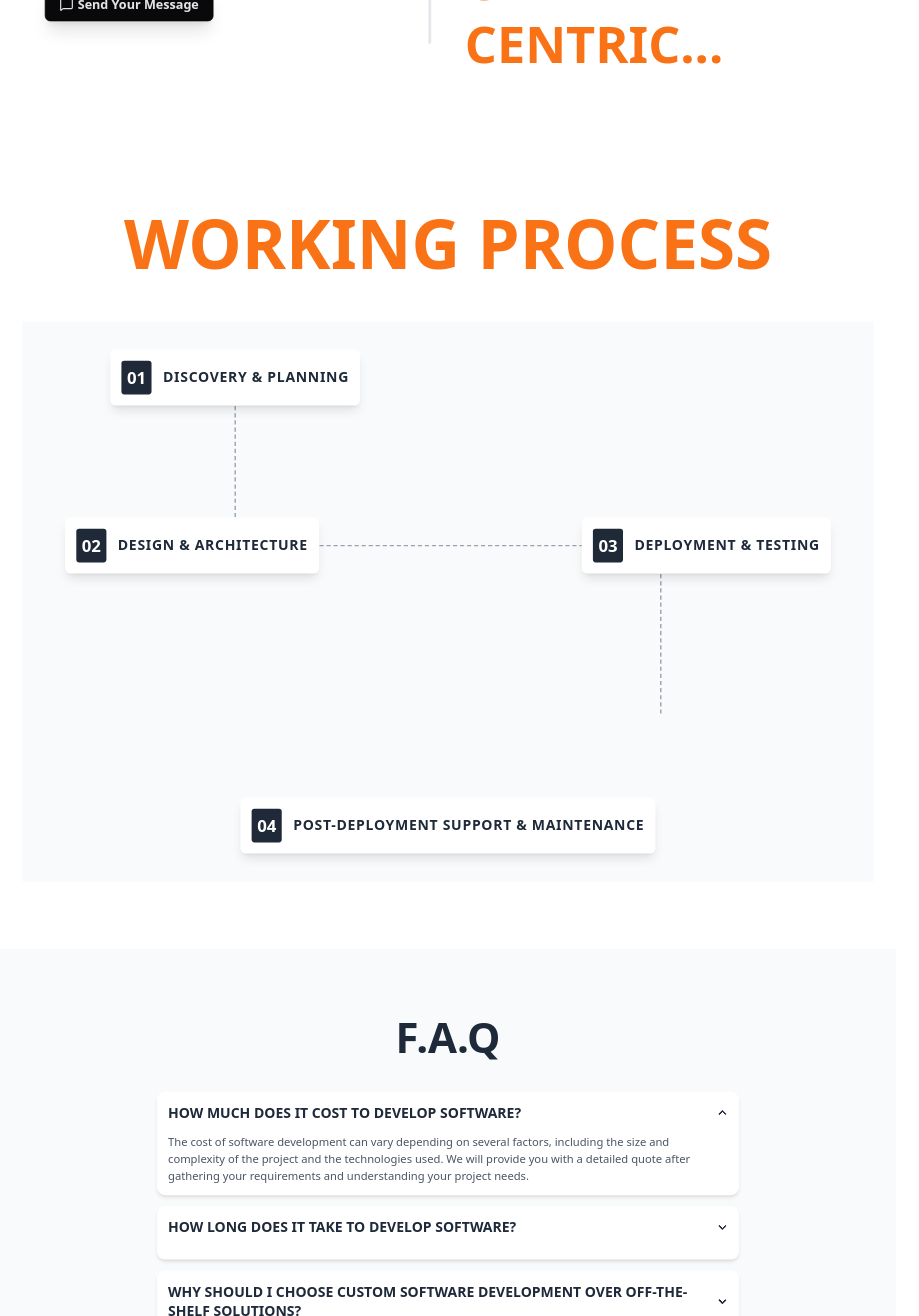
Repository: mdmuhibullahhabib/weboria
Page: /services
The author's editor kept a copy of each file at every save. The page is drawn from the files as they stood at one save, then again after a run of saves.
The browser window is 1280 px wide. The page is 1313 px wide, so the pictures cover 1313 px, including what lies to the right of the window. The pictures show the part of the page from y = 4388 to 6268 px (the page is 7710 px tall before and 7582 px after), at 70% of full size.
The project was rebuilt for these pictures with package versions that can differ from the ones it lists, and the page was loaded fresh each time. The framework's server and built-in components were replaced by stand-ins that run in the browser. Also part of the build but not shown: next.config.mjs.

Above is the page before, as saved 2025-10-05 18:07:46.

After the next 5 saves:
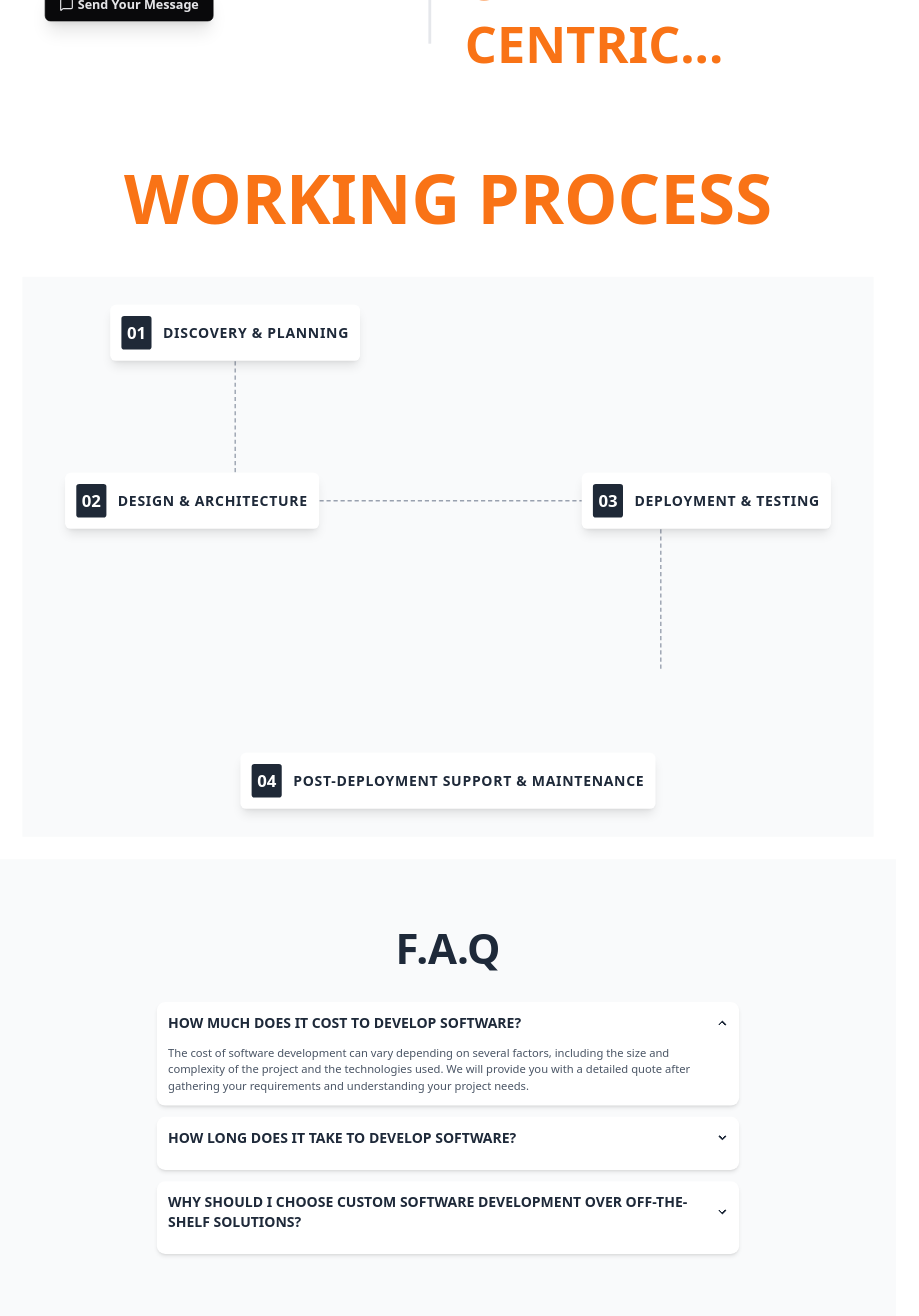
The 5 saves are shown as one change because they came seconds apart.
The last was saved 64 s later.
--- a/src/app/services/page.jsx
+++ b/src/app/services/page.jsx
@@ -275,7 +275,7 @@ const HeroSection = () => {
     );
 
     return (
-      <div className=" py-24">
+      <div className=" py-6 lg:py-8">
         <div className="max-w-7xl mx-auto px-4 sm:px-6 lg:px-8 text-center">
           {/* Title from Screenshot 110 */}
           <h2 className="text-6xl md:text-8xl font-extrabold mb-16" style={{ color: '#f97316' }}>
